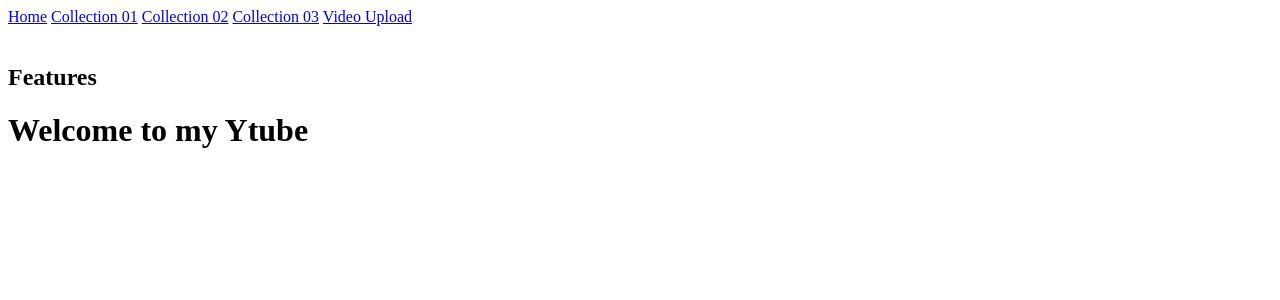
Repository: JoaoLemesDEV/Project-MyTube
Page: index.html
These files come from the project's save history. The page is drawn as it stood at one moment and after the next save; the edit follows.
The browser window is 1280 px wide. The pictures show the whole page.

Above is the page before, as saved 2021-10-10 20:14:36.

### index.html
<!DOCTYPE html>
<html lang="en">
<head>
  <meta charset="UTF-8">
  <meta http-equiv="X-UA-Compatible" content="IE=edge">
  <meta name="viewport" content="width=device-width, initial-scale=1.0">
  <title>My Ytube Website</title>
</head>
<body>
  <nav>
    <a href="/">Home</a>
    <a href="/collection1.html">Collection 01</a>
    <a href="/collection2.html">Collection 02</a>
    <a href="/collection3.html">Collection 03</a>
    <a href="/video_upload_page.html">Video Upload</a>
  </nav>

  <br><h2>Features</h2>

  <header>
    <h1>Welcome to my Ytube</h1>
  </header>
  <section id="collection01">



  </section>


</body>
<footer></footer>
</html>

After the next save:
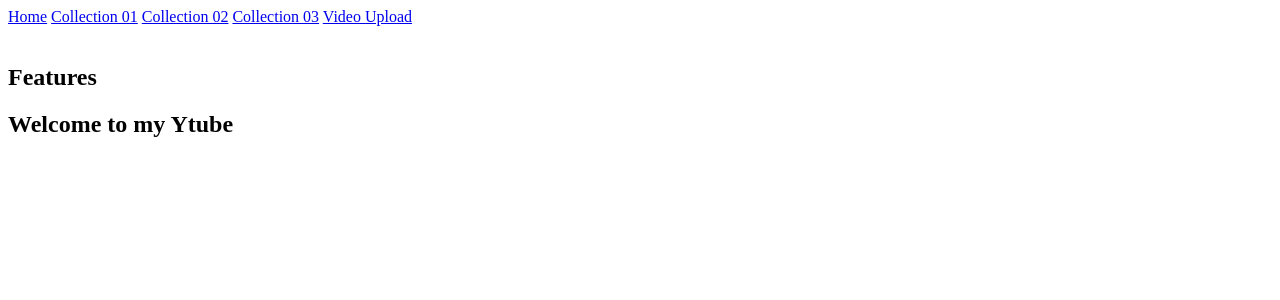
Saved 5 s later.
--- a/index.html
+++ b/index.html
@@ -18,7 +18,7 @@
   <br><h2>Features</h2>
 
   <header>
-    <h1>Welcome to my Ytube</h1>
+    <h2>Welcome to my Ytube</h2>
   </header>
   <section id="collection01">
 
